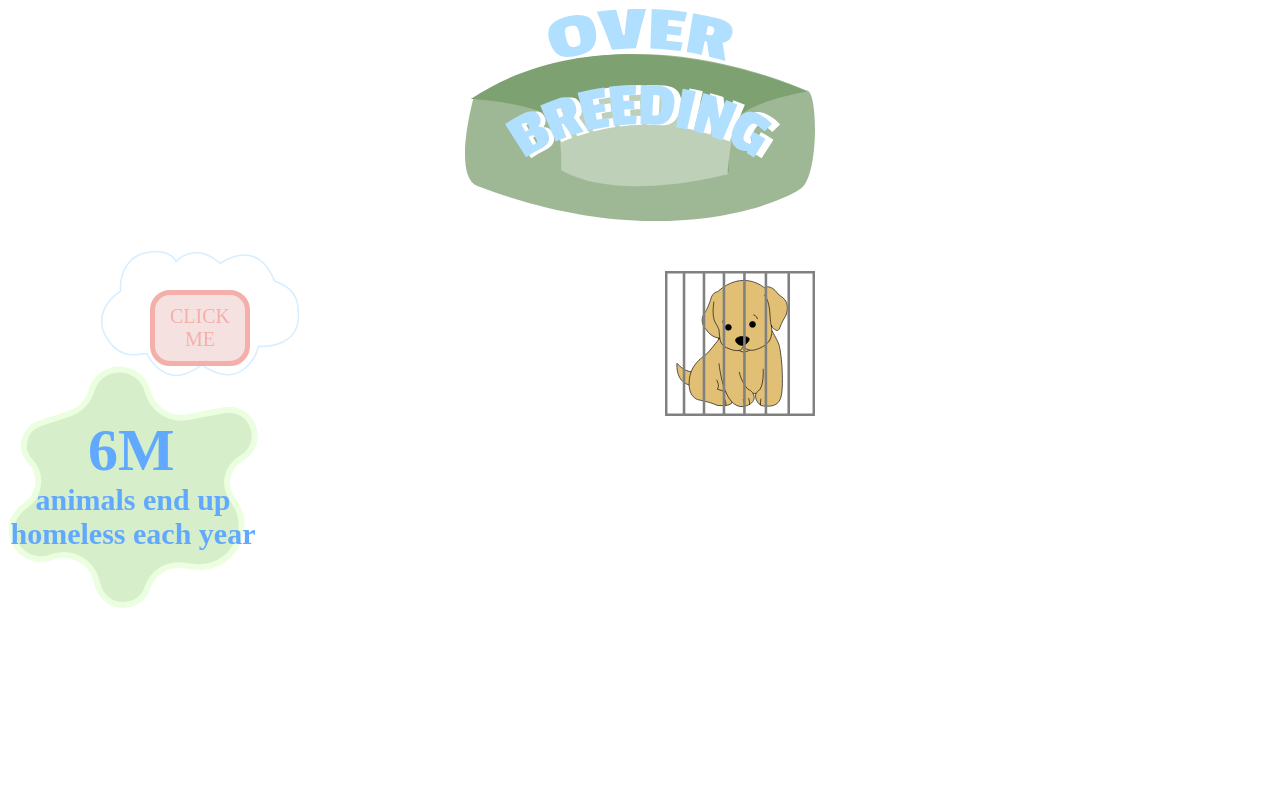
Repository: SoleilDagneau/MDIA2109Midterm
Page: index.html
An editor plug-in stored every save of this project. The page is shown before and after the next save, followed by the edit.
The browser window is 1280 px wide. The page is 1280 px wide, then 1282 px, so the pictures cover 1282 px, including what lies to the right of the window. The pictures show the whole page.
Some web fonts or font styles are not loaded; a fallback is used.

Above is the page before, as saved 2022-03-02 21:07:46.
Console error: TypeError: Cannot set properties of null (setting 'innerText')

### index.html
<!DOCTYPE html>
<html lang="en">
<head>
    <meta charset="UTF-8">
    <meta http-equiv="X-UA-Compatible" content="IE=edge">
    <meta name="viewport" content="width=device-width, initial-scale=1.0">
    <title>Animal Cruelty</title>

    <link href="styles.css" rel="stylesheet">

    <link rel="preconnect" href="https://fonts.googleapis.com">
    <link rel="preconnect" href="https://fonts.gstatic.com" crossorigin>
    <link href="https://fonts.googleapis.com/css2?family=Passion+One:wght@400;700&display=swap" rel="stylesheet">

    <script src="utils/speechbubble.js"></script>
    <script src="utils/clickbubble.js"></script>
    <script src="utils/squarecard.js"></script>
    <script src="utils/blobcard.js"></script>

</head>
<body>

<div class="overbreeding">

    <div class="conttitle">

        <img class="obtitle" src="imgs/overbreeding.svg" alt="overbreeding title">
    </div>
    <div class="contcage">
        <img class="cage" src="imgs/dogincage.svg" alt="dog in cage img">
        <the-clickbubble class="dogtext" desc_text="CLICK ME"></the-clickbubble>
    </div>
    <div class="contblob">
        <the-blobcard class="blob" blob_text="6M"
         blob_subtext="animals end up homeless each year">
        </the-blobcard>
    </div>











</div>

</body>
</html>

### styles.css

.obtitle{
    width:350px;
    display: flex;
    position:relative;
    margin: auto;
}
.cage{
    width:150px;
    display: flex;
    position: relative;
    left: 100px;
    top: 50px;
    margin: auto;
}
.dogtext{
    display: flex;
    position:absolute;
    top:250px;
    left:100px;
}
.blob{
    display: flex;
    position:relative
}

### utils/speechbubble.js
//MUST HAVE - CREATE A TEMPLATE TAG
var template_speechbub = document.createElement("template"); //<template> </template> RULE

//To-do - CREATE THE UI HERE!
template_speechbub.innerHTML = `

<style>
    #next_button {
        background-color:#61A8FF;
        border:3px solid #AFDDFF;
        border-radius: 10px;
        font-family: 'passion one', cursive;
        color: white;
        font-size:20px;
        margin:65px;
        display:flex;
        position:absolute;
        top:45px;
        left: 30px;

    }
    #speech_bubble{
        width:250px;
        display:flex;
        position:relative;

    }

</style>
<div id="cloud">
    <img id="speech_bubble" src="imgs/cloud.svg" alt=""/>
        <button id="next_button">
            next...
         </button>
</div>

`;

//MUST HAVE - CREATE A CLASS WITH HTMLELEMENT POWERS (interfaces/functionalities)
class TheSpeechBubble extends HTMLElement {

    //MUST HAVE - CREATE A CONSTRUCTOR TO DO INITAL ASSOCIATIONS
    constructor(){
        super(); //pass on the HTMLElement super powers!
        this.attachShadow({mode:"open"}) //Attach it to the shadowRoot

        //To-do - CREATE THE STATES FOR THE UI HERE!
    }

    //MUST HAVE - FUNCTION THAT RUNS AFTER IT'S CONNECTED
    connectedCallback(){
        this.shadowRoot.appendChild(template_speechbub.content.cloneNode(true));
        this.shadowRoot.querySelector("#next_button").innerText = this.getAttribute("button_text"); //use the template to make a clone
    }

    //To-do - CREATE THE FUNCTIONALITIES HERE!
}

//MUST HAVE - define the tag for the custom elements
customElements.define("the-speechbubble", TheSpeechBubble)

### utils/clickbubble.js
//MUST HAVE - CREATE A TEMPLATE TAG
var template_clickbubble = document.createElement("template"); //<template> </template> RULE

//To-do - CREATE THE UI HERE!
template_clickbubble.innerHTML = `

<style>
    #desc_text {
        font-family:'passion one', cursive;
        color: #F4AFAB;
        font-size:20px;
        padding: 10px;
        background-color:#F4E1E0;
        border: 5px solid #F4AFAB;
        border-radius: 20px;
        position: absolute;
        display:flex;
        justify-content:center;
        top:-10px;

        margin:50px;
    }
    img{
        width: 200px;
    }
    #click_bubble{
        display:flex;
    }
</style>
<div id="click_bubble">
    <img src="imgs/cloud.svg" alt="cloud svg"/>
        <button id="desc_text">
            CLICK ME
        </button>
</div>

`;

//MUST HAVE - CREATE A CLASS WITH HTMLELEMENT POWERS (interfaces/functionalities)
class TheClickBubble extends HTMLElement {

    //MUST HAVE - CREATE A CONSTRUCTOR TO DO INITAL ASSOCIATIONS
    constructor(){
        super(); //pass on the HTMLElement super powers!
        this.attachShadow({mode:"open"}) //Attach it to the shadowRoot

        //To-do - CREATE THE STATES FOR THE UI HERE!
    }

    //MUST HAVE - FUNCTION THAT RUNS AFTER IT'S CONNECTED
    connectedCallback(){
        this.shadowRoot.appendChild(template_clickbubble.content.cloneNode(true));
        this.shadowRoot.querySelector("#desc_text").innerText = this.getAttribute("desc_text"); //use the template to make a clone
    }

    //To-do - CREATE THE FUNCTIONALITIES HERE!
}

//MUST HAVE - define the tag for the custom elements
customElements.define("the-clickbubble", TheClickBubble)

### utils/squarecard.js
//MUST HAVE - CREATE A TEMPLATE TAG
var template_scard = document.createElement("template"); //<template> </template> RULE

//To-do - CREATE THE UI HERE!
template_scard.innerHTML = `

<style>
    #info_card {
        background-color:#EBB2AD;
        width: 175px;
        height:175px;
        border: 15px solid #F4E1E0;
        border-radius: 50px;
        margin: 2rem;
    }
    #info_text {
        display:flex;
        justify-content:center;
        font-size:18px;
        font-family: 'nunito', sans-serif;
        color: white;
        padding: 10px;

    }
</style>
<div id="info_card">
    <p id="info_text">info text</p>
</div>
`;

//MUST HAVE - CREATE A CLASS WITH HTMLELEMENT POWERS (interfaces/functionalities)
class TheSquareCard extends HTMLElement {

    //MUST HAVE - CREATE A CONSTRUCTOR TO DO INITAL ASSOCIATIONS
    constructor(){
        super(); //pass on the HTMLElement super powers!
        this.attachShadow({mode:"open"}) //Attach it to the shadowRoot

        //To-do - CREATE THE STATES FOR THE UI HERE!
    }

    //MUST HAVE - FUNCTION THAT RUNS AFTER IT'S CONNECTED
    connectedCallback(){
        this.shadowRoot.appendChild(template_scard.content.cloneNode(true));
        this.shadowRoot.querySelector("#info_text").innerText = this.getAttribute("info_text"); //use the template to make a clone
    }

    //To-do - CREATE THE FUNCTIONALITIES HERE!
}

//MUST HAVE - define the tag for the custom elements
customElements.define("the-squarecard", TheSquareCard)

### utils/blobcard.js
//MUST HAVE - CREATE A TEMPLATE TAG
var template_bcard = document.createElement("template"); //<template> </template> RULE

//To-do - CREATE THE UI HERE!
template_bcard.innerHTML = `

<style>
    #blob_text {
        font-family:'passion one', cursive;
        font-size:60px;
        color:#61A8FF;
        position:absolute;
        text-align:center;
        top:10px;
        left:80px;
    }
    .blob_subtext{
        font-size:30px;
        color:#61A8FF;
        font-family:'passion one', cursive;
        display:block;
        position:relative;
        text-align:center;
        top:-160px;
    }
    #the_blobcard{
        width:250px;
    }
</style>
<div class="container">
    <div id="the_blobcard">
        <img id="" src="imgs/blob.svg" alt=""/>
            <h1 id="blob_text">
                blob text
            </h1>
            <h3 class="blob_subtext">
                animals end up homeless each year
            </h3>
    </div>
</div>
`;

//MUST HAVE - CREATE A CLASS WITH HTMLELEMENT POWERS (interfaces/functionalities)
class TheBlobCard extends HTMLElement {

    //MUST HAVE - CREATE A CONSTRUCTOR TO DO INITAL ASSOCIATIONS
    constructor(){
        super(); //pass on the HTMLElement super powers!
        this.attachShadow({mode:"open"}) //Attach it to the shadowRoot

        //To-do - CREATE THE STATES FOR THE UI HERE!
    }

    //MUST HAVE - FUNCTION THAT RUNS AFTER IT'S CONNECTED
    connectedCallback(){
        this.shadowRoot.appendChild(template_bcard.content.cloneNode(true));
        this.shadowRoot.querySelector("#blob_text").innerText = this.getAttribute("blob_text");
        this.shadowRoot.querySelector("#blob_subtext").innerText = this.getAttribute("blob_subtext");
         //use the template to make a clone
    }

    //To-do - CREATE THE FUNCTIONALITIES HERE!
}

//MUST HAVE - define the tag for the custom elements
customElements.define("the-blobcard", TheBlobCard)

After the next save:
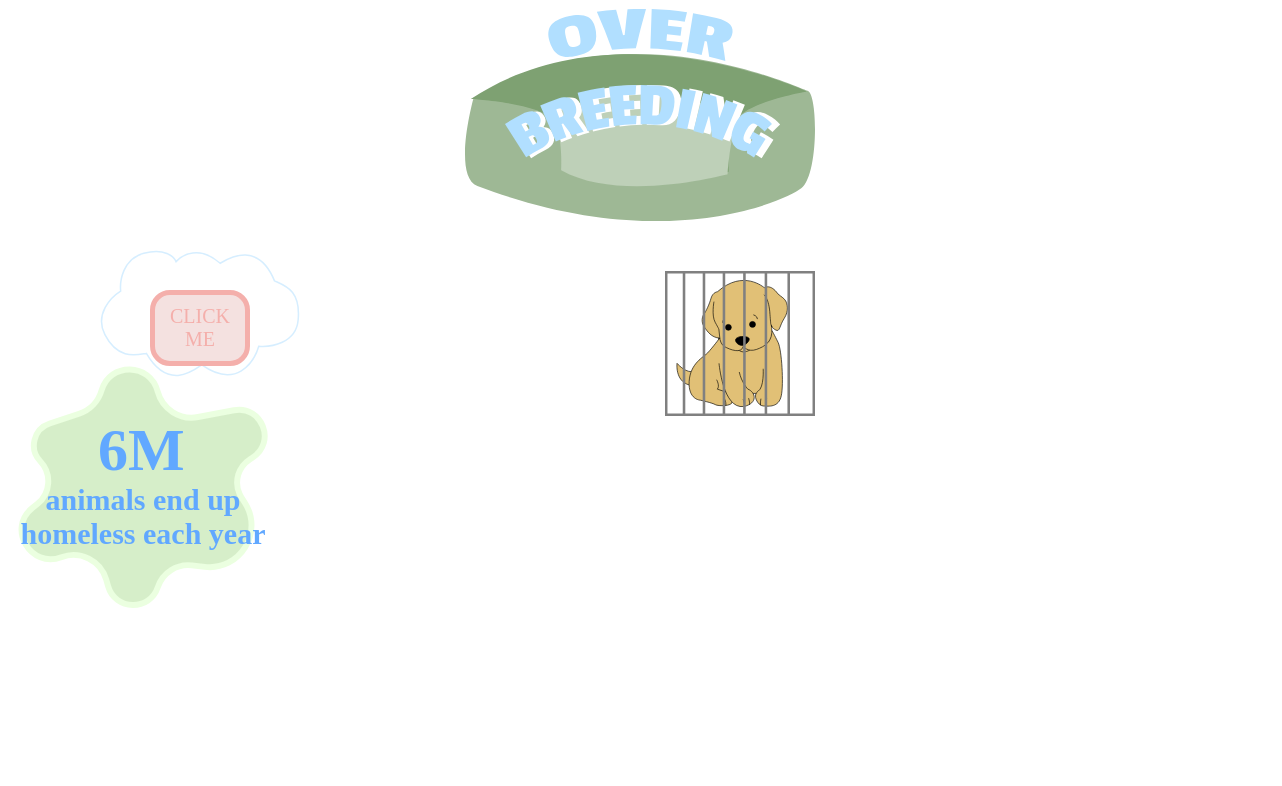
Saved 12 s later.
--- a/styles.css
+++ b/styles.css
@@ -21,5 +21,6 @@
 }
 .blob{
     display: flex;
-    position:relative
+    position:relative;
+    left:10px;
 }
